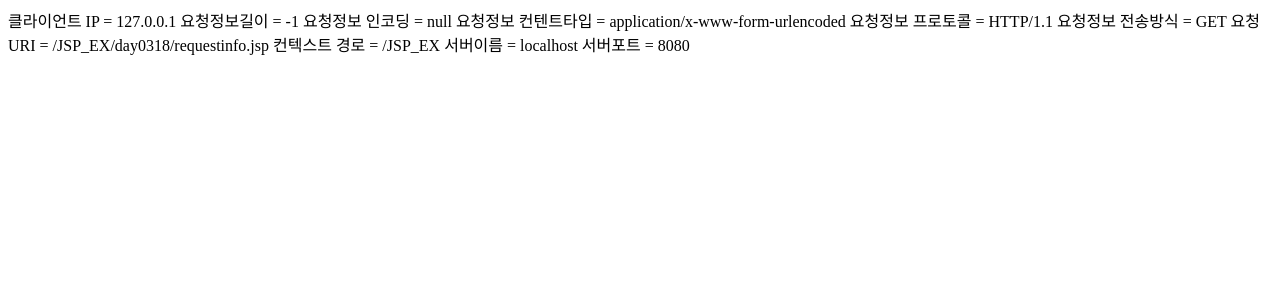
Repository: jjanggu1990/kh_java
Page: http://localhost/JSP_EX/day0318/requestinfo.jsp
The author's editor kept a copy of each file at every save. The page is drawn from the files as they stood at one save, then again after the next save.
The browser window is 1280 px wide. The pictures show the whole page.
The page is served by Tomcat 9. Other server files are loaded and not shown.

Above is the page before, as saved 2016-03-18 09:10:56.

### workspace/JSP_EX/WebContent/day0318/requestinfo.jsp
<%@ page contentType="text/html; charset=UTF-8"%>
<!DOCTYPE html>
<html>
<head>

<title>클라이언트 및 서버 정도</title>
</head>
<body>
클라이언트 IP = <%= request.getRemoteAddr() %>
요청정보길이 = <%= request.getContentLength() %>
요청정보 인코딩 = <%= request.getCharacterEncoding() %>
요청정보 컨텐트타입 = <%= request.getContentType() %>
요청정보 프로토콜 = <%= request.getProtocol() %>
요청정보 전송방식 = <%= request.getMethod() %>
요청URI = <%= request.getRequestURI() %>
컨텍스트 경로 = <%= request.getContextPath() %>
서버이름 = <%= request.getServerName() %>
서버포트 = <%= request.getServerPort() %>
</body>
</html>

After the next save:
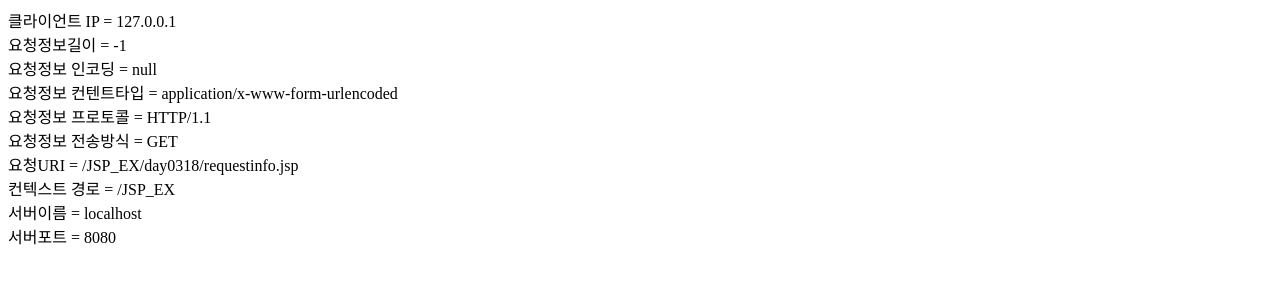
Saved 34 s later.
--- a/workspace/JSP_EX/WebContent/day0318/requestinfo.jsp
+++ b/workspace/JSP_EX/WebContent/day0318/requestinfo.jsp
@@ -6,15 +6,15 @@
 <title>클라이언트 및 서버 정도</title>
 </head>
 <body>
-클라이언트 IP = <%= request.getRemoteAddr() %>
-요청정보길이 = <%= request.getContentLength() %>
-요청정보 인코딩 = <%= request.getCharacterEncoding() %>
-요청정보 컨텐트타입 = <%= request.getContentType() %>
-요청정보 프로토콜 = <%= request.getProtocol() %>
-요청정보 전송방식 = <%= request.getMethod() %>
-요청URI = <%= request.getRequestURI() %>
-컨텍스트 경로 = <%= request.getContextPath() %>
-서버이름 = <%= request.getServerName() %>
-서버포트 = <%= request.getServerPort() %>
+클라이언트 IP = <%= request.getRemoteAddr() %><br>
+요청정보길이 = <%= request.getContentLength() %><br>
+요청정보 인코딩 = <%= request.getCharacterEncoding() %><br>
+요청정보 컨텐트타입 = <%= request.getContentType() %><br>
+요청정보 프로토콜 = <%= request.getProtocol() %><br>
+요청정보 전송방식 = <%= request.getMethod() %><br>
+요청URI = <%= request.getRequestURI() %><br>
+컨텍스트 경로 = <%= request.getContextPath() %><br>
+서버이름 = <%= request.getServerName() %><br>
+서버포트 = <%= request.getServerPort() %><br>
 </body>
 </html>
